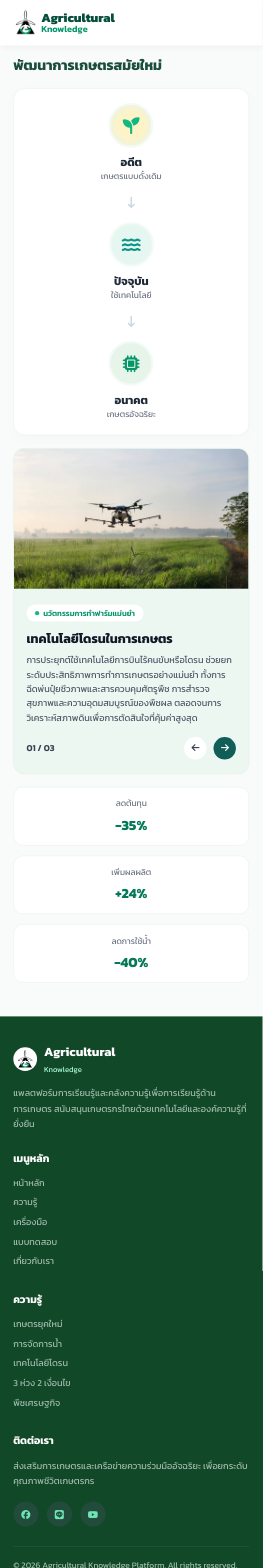
Repository: nuwat-wa/Project-WebdesignAG
Page: ag4.html
An editor plug-in stored every save of this project. The page is shown before and after the next save, followed by the edit.
The browser window is 375 px wide. The pictures show the part of the page from y = 0 to 2240 px (the page is 2305 px tall), at 70% of full size.

Above is the page before, as saved 2026-10-03 21:34:43.

After the next save:
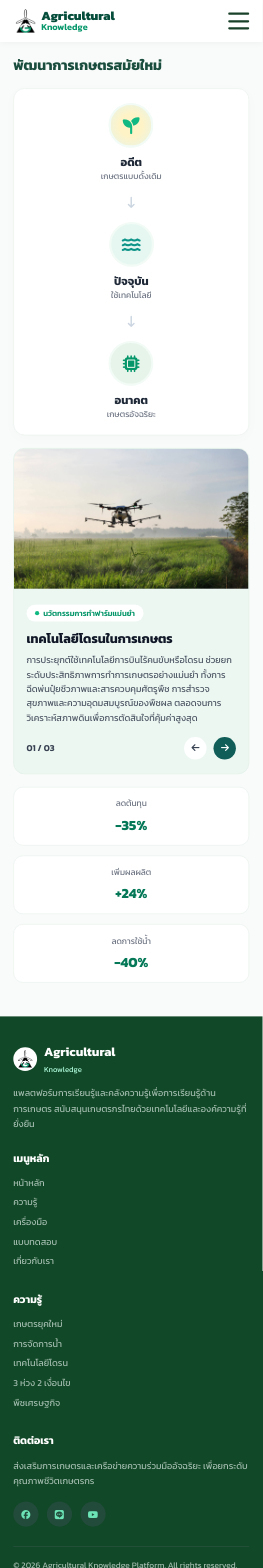
Saved 5 min 30 s later.
--- a/style/ag4.css
+++ b/style/ag4.css
@@ -554,11 +554,31 @@
 }
 
 /* responsive */
-@media (max-width: 992px) {
+@media (max-width: 768px) {
+  /* header */
+  .header {
+    height: 60px;
+    padding: 0 var(--gutter);
+  }
+
+  /* hamburger */
   .hamburger {
     display: flex;
-  }
-
+    width: 30px;
+    height: 24px;
+    cursor: pointer;
+    flex-direction: column;
+    justify-content: space-between;
+  }
+
+  .hamburger span {
+    width: 100%;
+    height: 3px;
+    border-radius: 3px;
+    background: #194028;
+  }
+
+  /* navigation */
   .nav-links {
     position: absolute;
     top: 60px;
@@ -568,6 +588,7 @@
     display: none;
     flex-direction: column;
     align-items: stretch;
+    gap: 0;
     background: #fff;
     box-shadow: 0 5px 10px rgba(0, 0, 0, 0.08);
   }
@@ -587,31 +608,55 @@
     width: 100%;
   }
 
+  /* dropdown */
   .menu-level1,
   .menu-level2 {
     position: static;
     width: 100%;
+    min-width: 0;
+    padding: 0;
+    border-radius: 0;
     box-shadow: none;
-    border-radius: 0;
+  }
+
+  .menu-level1 {
+    border-left: 3px solid #2d6a4f;
+    background: #f8faf9;
+  }
+
+  .menu-level2 {
+    border-left: 3px solid #28a745;
+    background: #fff;
   }
 
   .dropdown-hover:hover > .menu-level1,
   .menu-item-has-children:hover > .menu-level2 {
     display: block;
   }
-}
-
-/* tablet */
-@media (max-width: 768px) {
+
+  /* main */
+  .agri-container {
+    width: 100%;
+    padding: 78px var(--gutter) 48px;
+  }
+
+  .main-heading {
+    font-size: 20px;
+    margin-bottom: 18px;
+  }
+
+  /* timeline */
   .timeline-card {
     flex-direction: column;
     gap: 16px;
+    padding: 20px 15px;
   }
 
   .timeline-arrow {
     transform: rotate(90deg);
   }
 
+  /* feature */
   .feature-card {
     flex-direction: column;
     min-height: 0;
@@ -622,38 +667,6 @@
     height: 200px;
   }
 
-  .stats-grid {
-    grid-template-columns: repeat(3, 1fr);
-  }
-
-  .footer-top {
-    flex-wrap: wrap;
-    gap: 24px;
-  }
-
-  .footer-about,
-  .footer-column,
-  .footer-contact {
-    flex: 1 1 45%;
-  }
-}
-
-/* mobile */
-@media (max-width: 480px) {
-  .agri-container {
-    padding-top: 78px;
-    padding-left: var(--gutter);
-    padding-right: var(--gutter);
-  }
-
-  .main-heading {
-    font-size: 20px;
-  }
-
-  .timeline-card {
-    padding: 20px 15px;
-  }
-
   .feature-content {
     padding: 20px 18px;
   }
@@ -662,12 +675,15 @@
     font-size: 18px;
   }
 
+  /* stats */
   .stats-grid {
     grid-template-columns: 1fr;
   }
 
+  /* footer */
   .footer-top {
     flex-direction: column;
+    gap: 24px;
   }
 
   .footer-about,
